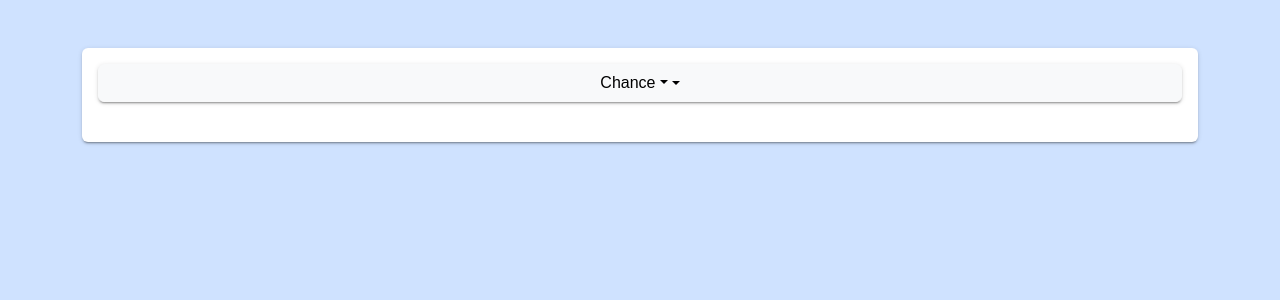
Repository: chancellor-w-whitaker/trying-context
Page: /
These files come from the project's save history. The page is drawn as it stood at one moment and after the next save; the edit follows.
The browser window is 1280 px wide. The pictures show the whole page.
The page's requests for data from a server got no answer. Some web fonts or font styles are not loaded; a fallback is used. The project was rebuilt for these pictures with package versions that can differ from the ones it lists, and the page was loaded fresh each time. No one was signed in, and anything a server would have sent is missing. Also part of the build but not shown: vite.config.js.

Above is the page before, as saved 2024-01-14 16:16:29.

### src/main.jsx
// Bootstrap Bundle JS
import "bootstrap/dist/js/bootstrap.bundle.min";
// Bootstrap CSS
import "bootstrap/dist/css/bootstrap.min.css";
import ReactDOM from "react-dom/client";
import React from "react";

import { AppContextProvider } from "./AppContextProvider.jsx";
import { Container } from "./components/Container.jsx";
import App from "./App.jsx";
import "./index.css";

ReactDOM.createRoot(document.getElementById("root")).render(
  <React.StrictMode>
    <Container>
      <AppContextProvider>
        <App />
      </AppContextProvider>
    </Container>
  </React.StrictMode>
);

### src/AppContextProvider.jsx
import { startTransition, useCallback, useState, useMemo } from "react";

import { comparePreviousColumnFilters } from "./functions/comparePreviousColumnFilters";
import { returnColsWithValuesAndType } from "./functions/returnColsWithValuesAndType";
import { buildRelevantColumnFilters } from "./functions/buildRelevantColumnFilters";
import { useBodyBgVariant } from "./hooks/useBodyBgVariant";
import { AppContext } from "./contexts/AppContext";
import { fileNames } from "./constants/fileNames";
import { useJSON } from "./hooks/useJSON";

export const AppContextProvider = ({ children }) => {
  const value = useProvideGlobally();

  return <AppContext.Provider value={value}>{children}</AppContext.Provider>;
};

const useProvideGlobally = () => {
  useBodyBgVariant("primary-subtle");

  const [fileName, setFileName] = useState(fileNames[0].id);
  const [columnFilters, setColumnFilters] = useState({});

  const onFileChange = useCallback(
    ({ target: { value } }) => startTransition(() => setFileName(value)),
    [setFileName]
  );

  const onColumnFilterChange = useCallback(
    ({ target: { name: field, value } }) =>
      startTransition(() =>
        setColumnFilters((previousState) => {
          // destructure top object (looks like { field1: {}, field2: {}, ... })
          const nextState = { ...previousState };
          // destructure field object (looks like { checklist: {}, relevant })
          nextState[field] = { ...nextState[field] };
          // destructure checklist (looks like { value1: {}, value2: {}, ... })
          nextState[field].checklist = { ...nextState[field].checklist };

          const { relevant, checked } = nextState[field].checklist[value];
          // create new object for value and flip checked state
          nextState[field].checklist[value] = { checked: !checked, relevant };

          return nextState;
        })
      ),
    []
  );

  const onBeforeEnd = useCallback((json, setResult) => {
    const columns = returnColsWithValuesAndType(json);

    setColumnFilters((previousColumnFilters) => {
      const relevantColumnFilters = buildRelevantColumnFilters(columns);

      comparePreviousColumnFilters(
        previousColumnFilters,
        relevantColumnFilters
      );

      return relevantColumnFilters;
    });

    // object that maps key (field) to checklist
    // checklist: { type, list }
    // field (string)
    // type (string) ("checkbox" or "radio")
    // list: [{}, {}, {}] (or what about an object that maps value to item state? that might solve indexing issues deriving from managing arrays in state)
    // list element: { value, checked, disabled (or relevant, or just something to describe relevance to dataset) }

    // in the future, may need something to describe relevance to filtered dataset
    // remember, this operation doesn't have to be run until you close (or maybe even open) a checklist
    // and what about sorting a list by relevance when opening a checklist? should this be a stateful or visual operation?
    // making it stateful would probably make updating the state of the item easier because the item's index in the list wouldn't change

    setResult(json);
  }, []);

  const data = useJSON(`data/${fileName}.json`, onBeforeEnd);

  const dropdownMenuStyle = useMemo(() => ({ maxHeight: 300 }), []);

  return {
    onColumnFilterChange,
    dropdownMenuStyle,
    columnFilters,
    onFileChange,
    fileName,
    data,
  };
};

### src/components/Container.jsx
export const Container = ({ children }) => {
  return (
    <>
      <main className="container">
        <div className="my-3 p-3 bg-body rounded shadow-sm">{children}</div>
      </main>
    </>
  );
};

### src/App.jsx
import {
  DropdownButton,
  ListGroupItem,
  DropdownMenu,
  ListGroup,
  Dropdown,
} from "./components/ListComps";
import { useAppContext } from "./hooks/useAppContext";
import { toTitleCase } from "./functions/toTitleCase";
import { fileNames } from "./constants/fileNames";
import "./App.css";

const App = () => {
  const {
    onColumnFilterChange,
    dropdownMenuStyle,
    columnFilters,
    onFileChange,
    fileName,
  } = useAppContext();

  return (
    <>
      <div className="d-flex flex-column gap-4">
        <div className="d-flex flex-wrap gap-3">
          <Dropdown className="col">
            <DropdownButton
              className="w-100 shadow-sm d-flex align-items-center justify-content-center"
              data-bs-auto-close="outside"
              variant="light"
            >
              <div className="dropdown-toggle">Chance</div>
              {/* <span>
                Data
                <small className="d-block text-body-secondary">
                  {fileNames.find(({ id }) => id === fileName).displayName}
                </small>
              </span> */}
            </DropdownButton>
            <DropdownMenu
              className="shadow-sm overflow-y-scroll"
              style={dropdownMenuStyle}
            >
              <ListGroup className="list-group-flush">
                {fileNames.map(({ displayName, id }) => (
                  <ListGroupItem
                    checked={id === fileName}
                    onChange={onFileChange}
                    className="border-0"
                    type="radio"
                    name="file"
                    value={id}
                    key={id}
                  >
                    {displayName}
                  </ListGroupItem>
                ))}
              </ListGroup>
            </DropdownMenu>
          </Dropdown>
        </div>
        <div className="d-flex flex-wrap gap-3">
          {Object.entries(columnFilters).map(
            ([field, { relevant: fieldRelevance, checklist }]) =>
              fieldRelevance && (
                <Dropdown className="col" key={field}>
                  <DropdownButton
                    className="w-100 shadow-sm d-flex align-items-center justify-content-center"
                    data-bs-auto-close="outside"
                    variant="light"
                  >
                    {toTitleCase(field)}
                  </DropdownButton>
                  <DropdownMenu
                    className="shadow-sm overflow-y-scroll"
                    style={dropdownMenuStyle}
                  >
                    <ListGroup className="list-group-flush">
                      {Object.entries(checklist).map(
                        ([value, { relevant: valueRelevance, checked }]) => (
                          <ListGroupItem
                            className={`border-0${
                              !valueRelevance ? " opacity-50" : ""
                            }`}
                            onChange={onColumnFilterChange}
                            checked={checked}
                            type="checkbox"
                            value={value}
                            name={field}
                            key={value}
                          >
                            {value}
                          </ListGroupItem>
                        )
                      )}
                    </ListGroup>
                  </DropdownMenu>
                </Dropdown>
              )
          )}
        </div>
      </div>
    </>
  );
};

export default App;

### src/index.css
@font-face {
  font-family: poppins;
  font-style: normal;
  font-weight: 400;
  src: local("Poppins"),
    url(https://fonts.cdnfonts.com/s/16009/Poppins-Regular.woff) format("woff");
}
@font-face {
  font-family: poppins;
  font-style: normal;
  font-weight: 400;
  src: local("Poppins"),
    url(https://fonts.cdnfonts.com/s/16009/Poppins-Regular.woff) format("woff");
}
@font-face {
  font-family: poppins;
  font-style: italic;
  font-weight: 400;
  src: local("Poppins"),
    url(https://fonts.cdnfonts.com/s/16009/Poppins-Italic.woff) format("woff");
}
@font-face {
  font-family: poppins;
  font-style: italic;
  font-weight: 400;
  src: local("Poppins"),
    url(https://fonts.cdnfonts.com/s/16009/Poppins-Italic.woff) format("woff");
}
@font-face {
  font-family: poppins;
  font-style: normal;
  font-weight: 250;
  src: local("Poppins"),
    url(https://fonts.cdnfonts.com/s/16009/Poppins-Thin.woff) format("woff");
}
@font-face {
  font-family: poppins;
  font-style: normal;
  font-weight: 250;
  src: local("Poppins"),
    url(https://fonts.cdnfonts.com/s/16009/Poppins-Thin.woff) format("woff");
}
@font-face {
  font-family: poppins;
  font-style: italic;
  font-weight: 250;
  src: local("Poppins"),
    url(https://fonts.cdnfonts.com/s/16009/Poppins-ThinItalic.woff)
      format("woff");
}
@font-face {
  font-family: poppins;
  font-style: italic;
  font-weight: 250;
  src: local("Poppins"),
    url(https://fonts.cdnfonts.com/s/16009/Poppins-ThinItalic.woff)
      format("woff");
}
@font-face {
  font-family: poppins;
  font-style: normal;
  font-weight: 275;
  src: local("Poppins"),
    url(https://fonts.cdnfonts.com/s/16009/Poppins-ExtraLight.woff)
      format("woff");
}
@font-face {
  font-family: poppins;
  font-style: normal;
  font-weight: 275;
  src: local("Poppins"),
    url(https://fonts.cdnfonts.com/s/16009/Poppins-ExtraLight.woff)
      format("woff");
}
@font-face {
  font-family: poppins;
  font-style: italic;
  font-weight: 275;
  src: local("Poppins"),
    url(https://fonts.cdnfonts.com/s/16009/Poppins-ExtraLightItalic.woff)
      format("woff");
}
@font-face {
  font-family: poppins;
  font-style: italic;
  font-weight: 275;
  src: local("Poppins"),
    url(https://fonts.cdnfonts.com/s/16009/Poppins-ExtraLightItalic.woff)
      format("woff");
}
@font-face {
  font-family: poppins;
  font-style: normal;
  font-weight: 300;
  src: local("Poppins"),
    url(https://fonts.cdnfonts.com/s/16009/Poppins-Light.woff) format("woff");
}
@font-face {
  font-family: poppins;
  font-style: normal;
  font-weight: 300;
  src: local("Poppins"),
    url(https://fonts.cdnfonts.com/s/16009/Poppins-Light.woff) format("woff");
}
@font-face {
  font-family: poppins;
  font-style: italic;
  font-weight: 300;
  src: local("Poppins"),
    url(https://fonts.cdnfonts.com/s/16009/Poppins-LightItalic.woff)
      format("woff");
}
@font-face {
  font-family: poppins;
  font-style: italic;
  font-weight: 300;
  src: local("Poppins"),
    url(https://fonts.cdnfonts.com/s/16009/Poppins-LightItalic.woff)
      format("woff");
}
@font-face {
  font-family: poppins;
  font-style: normal;
  font-weight: 500;
  src: local("Poppins"),
    url(https://fonts.cdnfonts.com/s/16009/Poppins-Medium.woff) format("woff");
}
@font-face {
  font-family: poppins;
  font-style: normal;
  font-weight: 500;
  src: local("Poppins"),
    url(https://fonts.cdnfonts.com/s/16009/Poppins-Medium.woff) format("woff");
}
@font-face {
  font-family: poppins;
  font-style: italic;
  font-weight: 500;
  src: local("Poppins"),
    url(https://fonts.cdnfonts.com/s/16009/Poppins-MediumItalic.woff)
      format("woff");
}
@font-face {
  font-family: poppins;
  font-style: italic;
  font-weight: 500;
  src: local("Poppins"),
    url(https://fonts.cdnfonts.com/s/16009/Poppins-MediumItalic.woff)
      format("woff");
}
@font-face {
  font-family: poppins;
  font-style: normal;
  font-weight: 600;
  src: local("Poppins"),
    url(https://fonts.cdnfonts.com/s/16009/Poppins-SemiBold.woff) format("woff");
}
@font-face {
  font-family: poppins;
  font-style: normal;
  font-weight: 600;
  src: local("Poppins"),
    url(https://fonts.cdnfonts.com/s/16009/Poppins-SemiBold.woff) format("woff");
}
@font-face {
  font-family: poppins;
  font-style: italic;
  font-weight: 600;
  src: local("Poppins"),
    url(https://fonts.cdnfonts.com/s/16009/Poppins-SemiBoldItalic.woff)
      format("woff");
}
@font-face {
  font-family: poppins;
  font-style: italic;
  font-weight: 600;
  src: local("Poppins"),
    url(https://fonts.cdnfonts.com/s/16009/Poppins-SemiBoldItalic.woff)
      format("woff");
}
@font-face {
  font-family: poppins;
  font-style: normal;
  font-weight: 700;
  src: local("Poppins"),
    url(https://fonts.cdnfonts.com/s/16009/Poppins-Bold.woff) format("woff");
}
@font-face {
  font-family: poppins;
  font-style: normal;
  font-weight: 700;
  src: local("Poppins"),
    url(https://fonts.cdnfonts.com/s/16009/Poppins-Bold.woff) format("woff");
}
@font-face {
  font-family: poppins;
  font-style: italic;
  font-weight: 700;
  src: local("Poppins"),
    url(https://fonts.cdnfonts.com/s/16009/Poppins-BoldItalic.woff)
      format("woff");
}
@font-face {
  font-family: poppins;
  font-style: italic;
  font-weight: 700;
  src: local("Poppins"),
    url(https://fonts.cdnfonts.com/s/16009/Poppins-BoldItalic.woff)
      format("woff");
}
@font-face {
  font-family: poppins;
  font-style: normal;
  font-weight: 800;
  src: local("Poppins"),
    url(https://fonts.cdnfonts.com/s/16009/Poppins-ExtraBold.woff)
      format("woff");
}
@font-face {
  font-family: poppins;
  font-style: normal;
  font-weight: 800;
  src: local("Poppins"),
    url(https://fonts.cdnfonts.com/s/16009/Poppins-ExtraBold.woff)
      format("woff");
}
@font-face {
  font-family: poppins;
  font-style: italic;
  font-weight: 800;
  src: local("Poppins"),
    url(https://fonts.cdnfonts.com/s/16009/Poppins-ExtraBoldItalic.woff)
      format("woff");
}
@font-face {
  font-family: poppins;
  font-style: italic;
  font-weight: 800;
  src: local("Poppins"),
    url(https://fonts.cdnfonts.com/s/16009/Poppins-ExtraBoldItalic.woff)
      format("woff");
}
@font-face {
  font-family: poppins;
  font-style: normal;
  font-weight: 900;
  src: local("Poppins"),
    url(https://fonts.cdnfonts.com/s/16009/Poppins-Black.woff) format("woff");
}
@font-face {
  font-family: poppins;
  font-style: normal;
  font-weight: 900;
  src: local("Poppins"),
    url(https://fonts.cdnfonts.com/s/16009/Poppins-Black.woff) format("woff");
}
@font-face {
  font-family: poppins;
  font-style: italic;
  font-weight: 900;
  src: local("Poppins"),
    url(https://fonts.cdnfonts.com/s/16009/Poppins-BlackItalic.woff)
      format("woff");
}
@font-face {
  font-family: poppins;
  font-style: italic;
  font-weight: 900;
  src: local("Poppins"),
    url(https://fonts.cdnfonts.com/s/16009/Poppins-BlackItalic.woff)
      format("woff");
}

:root,
[data-bs-theme="light"] {
  --bs-font-sans-serif: "Poppins", sans-serif;

  --bs-box-shadow: 0px 3px 3px -2px rgba(0, 0, 0, 0.2),
    0px 3px 4px 0px rgba(0, 0, 0, 0.14), 0px 1px 8px 0px rgba(0, 0, 0, 0.12);
  --bs-box-shadow-sm: 0px 3px 1px -2px rgba(0, 0, 0, 0.2),
    0px 2px 2px 0px rgba(0, 0, 0, 0.14), 0px 1px 5px 0px rgba(0, 0, 0, 0.12);
  --bs-box-shadow-lg: 0px 2px 4px -1px rgba(0, 0, 0, 0.2),
    0px 4px 5px 0px rgba(0, 0, 0, 0.14), 0px 1px 10px 0px rgba(0, 0, 0, 0.12);
}

body {
  overflow-y: scroll;
}

### src/functions/comparePreviousColumnFilters.js
export const comparePreviousColumnFilters = (previousState, nextState) => {
  Object.entries(previousState).forEach(([field, { checklist }]) => {
    if (!(field in nextState)) {
      nextState[field] = {
        checklist: Object.fromEntries(
          Object.entries(checklist).map(([value, { checked }]) => [
            value,
            { relevant: false, checked },
          ])
        ),
        relevant: false,
      };
    } else {
      Object.entries(checklist).forEach(([value, { checked }]) => {
        const nextChecklist = nextState[field].checklist;

        if (value in nextChecklist) {
          nextChecklist[value].checked = checked;
        } else {
          nextChecklist[value] = { relevant: false, checked };
        }
      });
    }
  });
};

### src/functions/returnColsWithValuesAndType.js
const loopDataAndDeriveColProperties = (data) => {
  const fieldToColumn = {};

  data.forEach((row) => {
    Object.keys(row).forEach((field) => {
      if (!(field in fieldToColumn)) {
        fieldToColumn[field] = { values: new Set(), types: {} };
      }

      const { values, types } = fieldToColumn[field];

      const value = row[field];
      values.add(value);

      const type = typeof value;
      if (!(type in types)) types[type] = 0;
      types[type] += 1;
    });
  });

  return fieldToColumn;
};

export const returnColsWithValuesAndType = (data) => {
  const fieldToColumn = loopDataAndDeriveColProperties(data);

  return Object.entries(fieldToColumn).map(([field, { values, types }]) => ({
    type: Object.entries(types)
      .sort((arrA, arrB) => arrB[1] - arrA[1])
      .find(([type]) => type === "string" || type === "number")[0],
    values: [...values].sort(),
    field,
  }));
};

### src/functions/buildRelevantColumnFilters.js
export const buildRelevantColumnFilters = (columns) => {
  return Object.fromEntries(
    columns
      .filter(({ type }) => type === "string")
      .map(({ values, field }) => [
        field,
        {
          checklist: Object.fromEntries(
            values.map((value) => [value, { relevant: true, checked: true }])
          ),
          relevant: true,
        },
      ])
  );
};

### src/hooks/useBodyBgVariant.jsx
import { useEffect } from "react";

export const useBodyBgVariant = (variant) => {
  useEffect(() => {
    document.body.classList.add(`bg-${variant}`);

    return () => {
      document.body.classList.remove(`bg-${variant}`);
    };
  }, [variant]);
};

### src/constants/fileNames.js
export const fileNames = [
  { displayName: "Fall Enrollment", id: "fall" },
  { displayName: "Spring Enrollment", id: "spring" },
  { displayName: "Summer Enrollment", id: "summer" },
  { displayName: "Degrees Awarded", id: "degrees" },
  { displayName: "Retention Rates", id: "retention" },
  { displayName: "Graduation Rates", id: "graduation" },
  { displayName: "Credit Hours", id: "hours" },
];

### src/hooks/useJSON.jsx
import { useEffect } from "react";
import { useState } from "react";

export const useJSON = (url, onBeforeEnd) => {
  const [result, setResult] = useState(null);

  useEffect(() => {
    if (url) {
      let ignore = false;

      fetch(url)
        .then((response) => response.json())
        .then((json) => {
          if (!ignore) {
            typeof onBeforeEnd === "function"
              ? onBeforeEnd(json, setResult)
              : setResult(json);
          }
        });

      return () => {
        ignore = true;
      };
    }
  }, [url, onBeforeEnd]);

  return result;
};

### src/components/ListComps.jsx
import { memo } from "react";

export const Dropdown = ({ className = "", ...rest }) => {
  return (
    <>
      <div className={`dropdown ${className}`.trimEnd()} {...rest}></div>
    </>
  );
};

export const DropdownButton = memo(
  ({ variant = "secondary", className = "", ...rest }) => {
    return (
      <>
        <button
          className={`btn btn-${variant} dropdown-toggle ${className}`.trimEnd()}
          {...rest}
          data-bs-toggle="dropdown"
          aria-expanded="false"
          type="button"
        ></button>
      </>
    );
  }
);

DropdownButton.displayName = "DropdownButton";

export const DropdownMenu = ({ className = "", ...rest }) => {
  return (
    <>
      <ul className={`dropdown-menu ${className}`.trimEnd()} {...rest}></ul>
    </>
  );
};

export const ListGroup = ({ className = "", ...rest }) => {
  return (
    <>
      <div className={`list-group ${className}`.trimEnd()} {...rest}></div>
    </>
  );
};

export const ListGroupItem = memo(
  ({
    type = "checkbox",
    className = "",
    onChange,
    children,
    checked,
    value,
    name,
  }) => {
    return (
      <>
        <label
          className={`list-group-item d-flex gap-2 ${className}`.trimEnd()}
        >
          <input
            className="form-check-input flex-shrink-0"
            {...{ onChange, checked, value, type, name }}
          />
          <span>{children}</span>
        </label>
      </>
    );
  }
);

ListGroupItem.displayName = "ListGroupItem";

### src/hooks/useAppContext.jsx
import { useContext } from "react";

import { AppContext } from "../contexts/AppContext";

export const useAppContext = () => useContext(AppContext);

### src/functions/toTitleCase.js
import { Str } from "@supercharge/strings";

export const toTitleCase = (string) => Str(string).pascal().words().join(" ");

Loaded but not shown: index.html (common file); src/contexts/AppContext.jsx (common file); src/App.css (common file)

After the next save:
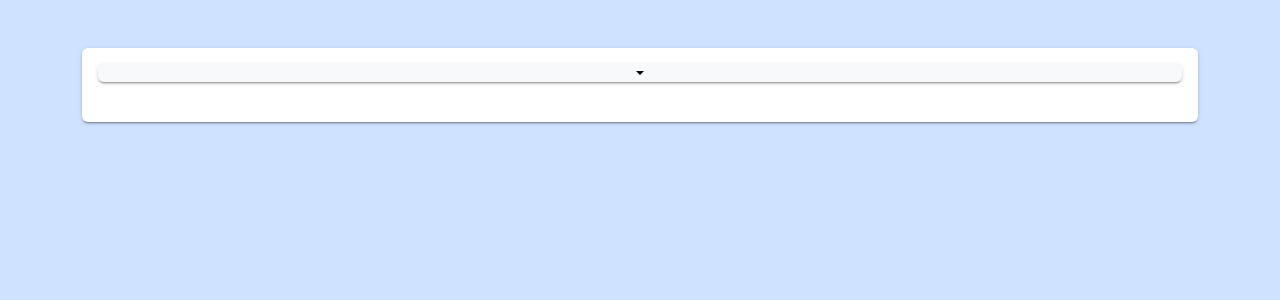
Saved 33 s later.
--- a/src/App.jsx
+++ b/src/App.jsx
@@ -29,7 +29,6 @@ const App = () => {
               data-bs-auto-close="outside"
               variant="light"
             >
-              <div className="dropdown-toggle">Chance</div>
               {/* <span>
                 Data
                 <small className="d-block text-body-secondary">
